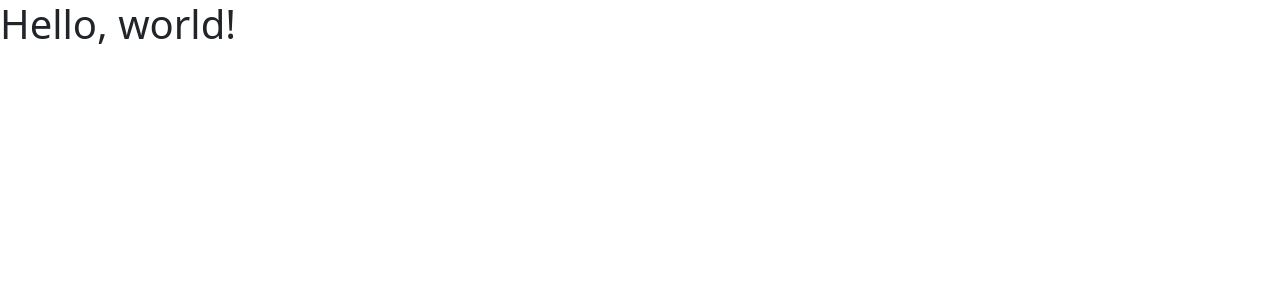
Repository: bayukembara/RESTAPI
Page: http://localhost/latihan1.php
The author's editor kept a copy of each file at every save. The page is drawn from the files as they stood at one save, then again after the next save.
The browser window is 1280 px wide. The pictures show the whole page.
Some web libraries are served in a nearby version. The page is run by PHP 8.4 with error messages shown; the project is at /var/www/html/.

Above is the page before, as saved 2022-04-29 12:44:37.

After the next save:
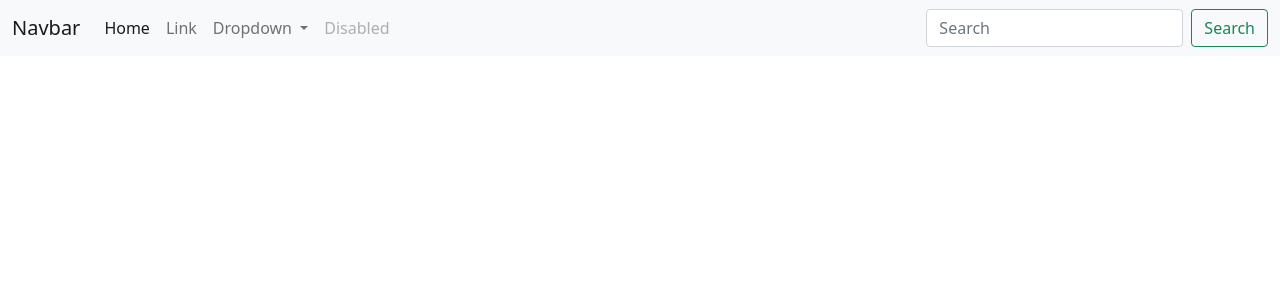
Saved 35 s later.
--- a/latihan1.php
+++ b/latihan1.php
@@ -11,8 +11,44 @@
     <title>B-Hut</title>
   </head>
   <body>
-    <h1>Hello, world!</h1>
-
+    <!-- Navbar -->
+    <nav class="navbar navbar-expand-lg navbar-light bg-light">
+  <div class="container-fluid">
+    <a class="navbar-brand" href="#">Navbar</a>
+    <button class="navbar-toggler" type="button" data-bs-toggle="collapse" data-bs-target="#navbarSupportedContent" aria-controls="navbarSupportedContent" aria-expanded="false" aria-label="Toggle navigation">
+      <span class="navbar-toggler-icon"></span>
+    </button>
+    <div class="collapse navbar-collapse" id="navbarSupportedContent">
+      <ul class="navbar-nav me-auto mb-2 mb-lg-0">
+        <li class="nav-item">
+          <a class="nav-link active" aria-current="page" href="#">Home</a>
+        </li>
+        <li class="nav-item">
+          <a class="nav-link" href="#">Link</a>
+        </li>
+        <li class="nav-item dropdown">
+          <a class="nav-link dropdown-toggle" href="#" id="navbarDropdown" role="button" data-bs-toggle="dropdown" aria-expanded="false">
+            Dropdown
+          </a>
+          <ul class="dropdown-menu" aria-labelledby="navbarDropdown">
+            <li><a class="dropdown-item" href="#">Action</a></li>
+            <li><a class="dropdown-item" href="#">Another action</a></li>
+            <li><hr class="dropdown-divider"></li>
+            <li><a class="dropdown-item" href="#">Something else here</a></li>
+          </ul>
+        </li>
+        <li class="nav-item">
+          <a class="nav-link disabled">Disabled</a>
+        </li>
+      </ul>
+      <form class="d-flex">
+        <input class="form-control me-2" type="search" placeholder="Search" aria-label="Search">
+        <button class="btn btn-outline-success" type="submit">Search</button>
+      </form>
+    </div>
+  </div>
+</nav>
+<!-- End Nav bar -->
     <!-- Optional JavaScript; choose one of the two! -->
     <script src="https://code.jquery.com/jquery-3.6.0.js" integrity="sha256-H+K7U5CnXl1h5ywQfKtSj8PCmoN9aaq30gDh27Xc0jk=" crossorigin="anonymous"></script>
 
